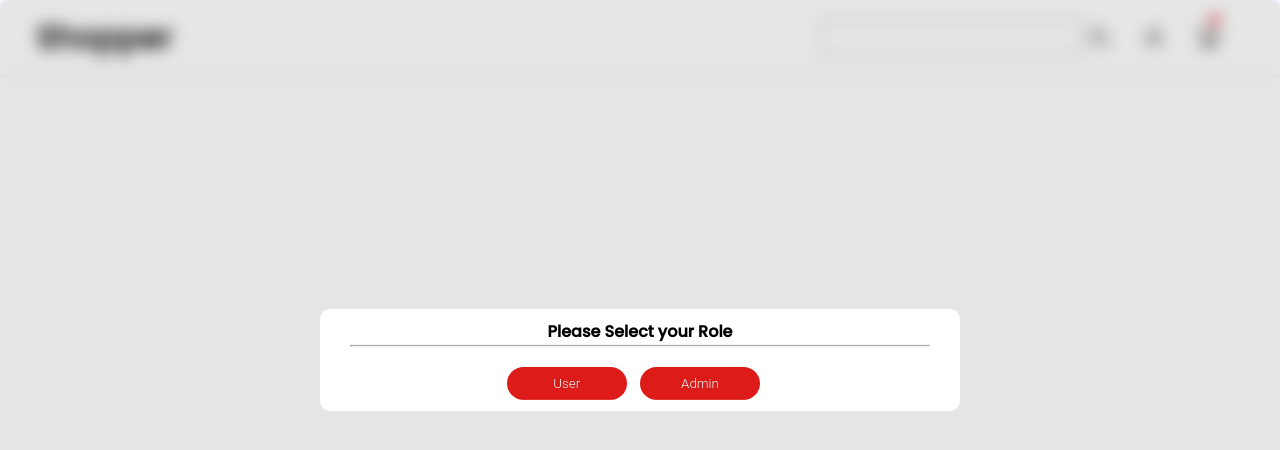
Repository: coolronts/aize-project
Page: /
These files come from the project's save history. The page is drawn as it stood at one moment and after the next save; the edit follows.
The browser window is 1280 px wide. The pictures show the whole page.
The page's requests for data from a server got no answer. The project was rebuilt for these pictures with package versions that can differ from the ones it lists, and the page was loaded fresh each time. No one was signed in, and anything a server would have sent is missing. Also part of the build but not shown: src/App.css, src/pages/Cart/Cart.tsx, src/components/Card/Card.tsx, src/pages/Shop/shop.module.css.

Above is the page before, as saved 2021-09-14 04:08:27.

### src/index.css
* {
    line-height: 1.6;
}

h1 {
    font-size: 2em;
}

h2 {
    font-size: 1.5em;
}

h3 {
    font-size: 1.17em;
}

h4 {
    font-size: 1em;
}

### src/App.tsx
import React, { useState, useEffect } from 'react';
import {BrowserRouter,Switch,Route} from 'react-router-dom';
import './App.css';
import Header from "./components/Header/Header"
import Cart from "./pages/Cart/Cart"
import Shop from "./pages/Shop/Shop"
import Modal from "./components/Modal/Modal"
import {UserContextProvider} from './context/user'

const App: React.FunctionComponent = () => {
  const [id, setId] = useState<number|null>(null)
  const [products, setProducts] = useState<{id: number, quantity:number}[]>([])
  const addUser = (_id:number) =>{setId(_id)}
  const addProduct = (_id:number, _quantity:number) =>{
    setProducts(products.concat({id:_id, quantity:_quantity}))
  }
  const userContextValues ={Cart:{id,products},addUser,addProduct}

  return (
    <UserContextProvider value={userContextValues}>
      {id==null && <Modal/> }
      <BrowserRouter>
        <Header/>
        <Switch>
          <Route path="/" exact component={Shop}/>
          <Route path="/cart" exact component={Cart}/>
        </Switch>
      </BrowserRouter>
    </UserContextProvider>
  )
};

export default App;

### src/components/Header/Header.tsx
import React, {useEffect, useState} from 'react';
import styles from './header.module.css';
import Logo from '../Logo/Logo'

const Header: React.FunctionComponent = () => {

  return (
    <header>
      <div className={styles.logoContainer}>
        <h1>Shopper</h1>
      </div>
      <div className={styles.logoContainer}>
        <Logo logo={"search"}/>
        <Logo logo={"user"}/>
        <Logo logo={"cart"}/>
      </div>


    </header>
  )
}

export default Header

### src/pages/Shop/Shop.tsx
import React,{useState, useEffect} from 'react';
import Card from "../../components/Card/Card"
import {IProduct} from "../../interfaces"
import {Get} from "../../api/api"
import styles from './shop.module.css'


const Shop: React.FunctionComponent = () => {

  const [loading,setLoading] = useState<boolean>(false)
  const [list,setList] = useState<IProduct[]>([])
  const [isError,setIsError] = useState<boolean>(false)

  useEffect(()=>{
    setLoading(true)
    Get.getProducts()
    .then((response)=>{
      setList(response)
      setLoading(false)
    })
    .catch((error)=>setIsError(true))
  },[])

  return (
    <>
      {(!loading && !isError) && (
        <div className={styles.list}>
          {list.map((item,index)=>(
            <div  className={styles.card} key={index}>
              <Card product={item} />
            </div>
          ))}
        </div>
      )}
    </>
    )
  };

export default Shop;

### src/components/Modal/Modal.tsx
import React, { useContext } from 'react';
import styles from './modal.module.css'
import UserContext from '../../context/user'


const Modal: React.FunctionComponent = () => {
  const userContext = useContext(UserContext)
  return (
    <div className={styles.container}>
      <div className={styles.modal}>
        <h4>Please Select your Role</h4>
        <hr/>
        <button onClick={()=>{
          !userContext.Cart.id && userContext.addUser(Math.floor(Math.random() * 100))

          }}>
        User</button>
        <button>Admin</button>
      </div>
    </div>
  )
}

export default Modal

### src/context/user.ts
import { createContext } from "react";
import {IUserProp} from '../interfaces'
const UserContext = createContext<IUserProp>({Cart:{id:null,products:[]},addUser:(id:number)=>{}, addProduct:(id:number)=>{}})

export const UserContextConsumer = UserContext.Consumer;
export const UserContextProvider = UserContext.Provider;
export default UserContext;

### src/components/Header/header.module.css
header {
    box-shadow: 0 1px 3px 0 rgba(0, 0, 0, 0.1), 0 1px 2px 0 rgba(0, 0, 0, 0.06);
    padding: 12px 36px 12px 36px;
    display: flex;
    justify-content: space-between;
    align-items: center;
}

.logoContainer {
    display: flex;
}

### src/components/Logo/Logo.tsx
import React, {useContext} from 'react';
import { AiOutlineShoppingCart, AiOutlineUser, AiOutlineSearch } from 'react-icons/ai';
import styles from './logo.module.css';
import UserContext from '../../context/user'

const Logo: React.FunctionComponent<{logo:string}>= ({logo}) => {
  const userContext = useContext(UserContext)
  return (
    <>
      {logo==="cart" &&
      (<div className={styles.logoContainer}>
         <AiOutlineShoppingCart className={styles.icon}/>
         {userContext.Cart.products != null && (<p className={styles.badge}>{userContext.Cart.products.length}</p>)}
      </div>)}

      {logo==="user" &&
      (<div className={styles.logoContainer}>
         <AiOutlineUser className={styles.icon}/>
      </div>)}

      {logo==="search" &&
      (
       <>
       <input type="text" className={styles.searchBox}/>
       <div className={styles.logoContainer}>
         <AiOutlineSearch  className={styles.icon}/>
       </div>
      </>)}
    </>
  )
}

export default Logo

### src/pages/Cart/cart.module.css
.container {
    padding: 24px 124px 24px 124px;
    display: flex;
}

strong {
    font-weight: 600;
}

.shoppingBag {
    width: 60%;
    padding: 12px 24px 12px 24px;
}

.signInContainer {
    margin-bottom: 12px;
    margin-top: 12px;
    display: flex;
    align-items: center;
    justify-content: space-between;
}

.cart {
    padding-top: 46px;
}

.product {
    display: flex;
}

.productInfo {
    height: inherit;
    display: flex;
    flex-direction: column;
    justify-content: space-between;
    margin-right: 20px;
}

.productSummary {
    margin-left: 20px;
    display: flex;
    flex-direction: column;
    justify-content: center;
    width: 100%;
    text-align: center;
}

.buttonContainer {
    margin-top: 24px;
    display: flex;
    justify-content: center;
}

button {
    cursor: pointer;
    width: 120px;
    background-color: #dd1c1a;
    display: inline-block;
    padding: 0.3em 1.2em;
    margin: 0 1em 0.1em 0;
    border: 0.16em solid rgba(255, 255, 255, 0);
    border-radius: 2em;
    box-sizing: border-box;
    text-decoration: none;
    font-family: 'Roboto', sans-serif;
    font-weight: 300;
    color: white;
    text-shadow: 0 0.04em 0.04em rgba(0, 0, 0, 0.35);
    text-align: center;
    transition: all 0.2s;
}

button:hover {
    border-color: rgba(255, 255, 255, 1);
}

.orderSummary {
    padding: 12px 24px 12px 24px;
    width: 100%;
}

.promoCode {
    display: flex;
    margin-top: 20px;
    margin-bottom: 20px;
    border: 2px solid #dd1c1a;
    padding: 12px 12px 12px 12px;
    width: 100%;
    text-align: center;
}

.price {
    display: flex;
    justify-content: space-between;
    margin-bottom: 20px;
}

.PayButtonContainer>button {
    margin-top: 20px;
    width: 100%;
}

### src/api/api.ts
import axios, {AxiosResponse} from 'axios';
import {IProduct, UserType} from '../interfaces'

const instance = axios.create({
  baseURL: 'http://localhost:8080',
  timeout: 15000,
});

const responseBody = (response: AxiosResponse) => response.data;

const requests = {
	get: (url: string) => instance.get(url).then(responseBody),
};


export const Get={
  getProducts: (): Promise<IProduct[]> => requests.get('products'),
  getUserCart: (id:number): Promise<UserType> => requests.get('users/'+ id)
}

### src/components/Modal/modal.module.css
.container {
    width: 100%;
    height: 100%;
    position: fixed;
    background: rgba( 155, 155, 155, 0.25);
    box-shadow: 0 8px 32px 0 rgba( 31, 38, 135, 0.37);
    backdrop-filter: blur( 8px);
    -webkit-backdrop-filter: blur( 8px);
    border-radius: 10px;
    z-index: 20;
}

.modal {
    text-align: center;
    background-color: white;
    border-radius: 10px;
    padding: 10px 30px 10px 30px;
    width: 50%;
    position: absolute;
    top: 50%;
    left: 50%;
    transform: translate(-50%, -50%);
}

button {
    margin-top: 20px;
}

### src/components/Logo/logo.module.css
.logoContainer {
    position: relative;
    cursor: pointer;
    border-radius: 18px;
    padding: 18px;
    z-index: 1;
    margin-right: 18px;
}

.logoContainer:hover {
    box-shadow: 0 5px 10px rgba(146, 61, 36, 0.05), 0 15px 40px rgba(165, 83, 63, 0.2);
}

.icon {
    position: absolute;
    font-size: 24px;
    color: black;
    z-index: 5;
    top: 0;
    bottom: 0;
    left: 0;
    right: 0;
    margin: auto auto auto auto;
}

.badge {
    position: absolute;
    background-color: #dd1c1a;
    color: white;
    font-weight: bold;
    font-size: 8px;
    width: 12px;
    height: 12px;
    border-radius: 20px;
    top: -6px;
}

### src/components/Card/card.module.css
            @import url('https://fonts.googleapis.com/css2?family=Poppins:wght@300;400;500&display=swap');
            * {
                margin: 0;
                padding: 0;
                box-sizing: border-box;
                font-family: 'Poppins', sans-serif;
            }

            .active {
                color: crimson;
                box-shadow: 0 5px 10px rgba(146, 61, 36, 0.05), 0 15px 40px rgba(165, 83, 63, 0.2);
            }

            .container {
                overflow: hidden;
                position: relative;
                display: flex;
                flex-direction: column;
                justify-content: space-between;
                cursor: pointer;
                height: 360px;
                padding: 25px;
                background: #fff;
                max-width: 260px;
                border-radius: 20px;
                margin: 10px auto;
                box-shadow: 0 5px 10px rgba(154, 160, 185, .05), 0 15px 40px rgba(166, 173, 201, .2);
            }

            .discount {
                position: absolute;
                background-color: #dd1c1a;
                font-weight: bold;
                font-size: 14px;
                color: white;
                padding-left: 20px;
                padding-top: 24px;
                height: 65px;
                width: 65px;
                border-radius: 50%;
                left: -10px;
                top: -15px;
                box-shadow: 0 5px 10px rgba(146, 61, 36, 0.05), 0 15px 40px rgba(165, 83, 63, 0.2);
            }

            .imageContainer {
                text-align: center;
            }

            img {
                width: 100px;
            }

            .name {
                font-weight: bold;
                text-align: center;
                margin-top: 5px;
                margin-bottom: 5px;
                height: 60px;
            }

            .description {
                font-weight: 500;
                font-size: 12px;
                text-align: justify;
                margin-top: 5px;
                margin-bottom: 10px;
                line-height: normal;
                white-space: pre-wrap;
                overflow: hidden;
                text-overflow: ellipsis;
                height: 80px;
            }

            .price {
                text-align: center;
                font-weight: bolder;
                color: #dd1c1a;
                margin-bottom: 10px;
            }

            .buttonContainer {
                display: flex;
                justify-content: space-around;
            }

            .buttonContainer>button {
                cursor: pointer;
                width: 120px;
                background-color: #dd1c1a;
                display: inline-block;
                padding: 0.3em 1.2em;
                margin: 0 0.1em 0.1em 0;
                border: 0.16em solid rgba(255, 255, 255, 0);
                border-radius: 2em;
                box-sizing: border-box;
                text-decoration: none;
                font-family: 'Roboto', sans-serif;
                font-weight: 300;
                color: white;
                text-shadow: 0 0.04em 0.04em rgba(0, 0, 0, 0.35);
                text-align: center;
                transition: all 0.2s;
            }

            .buttonContainer>button:hover {
                border-color: rgba(255, 255, 255, 1);
            }

Loaded but not shown: public/index.html (common file); src/index.tsx (common file)

After the next save:
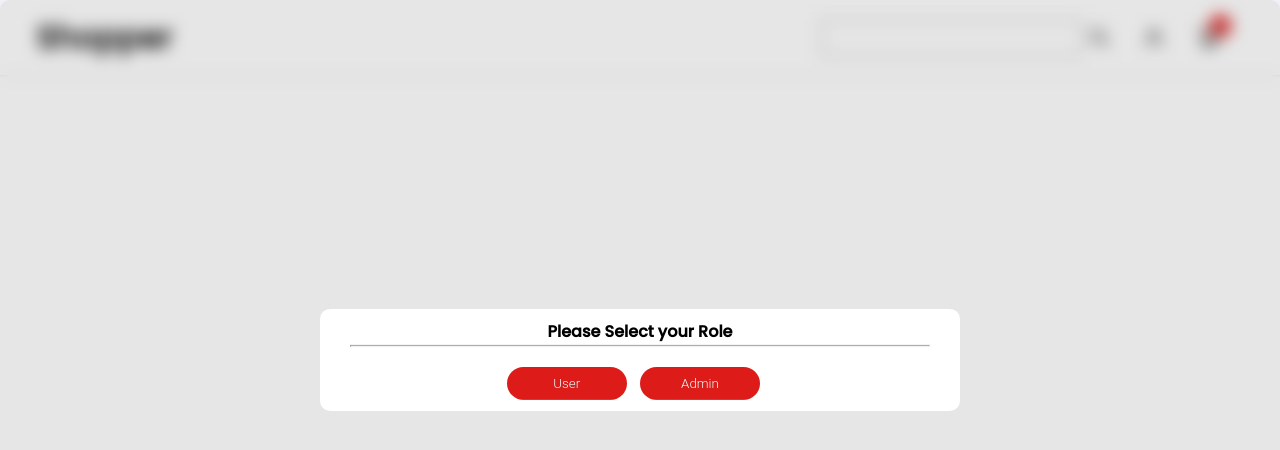
Saved 11 s later.
--- a/src/components/Logo/logo.module.css
+++ b/src/components/Logo/logo.module.css
@@ -29,8 +29,8 @@
     color: white;
     font-weight: bold;
     font-size: 8px;
-    width: 12px;
-    height: 12px;
+    width: 24px;
+    height: 24px;
     border-radius: 20px;
     top: -6px;
 }
